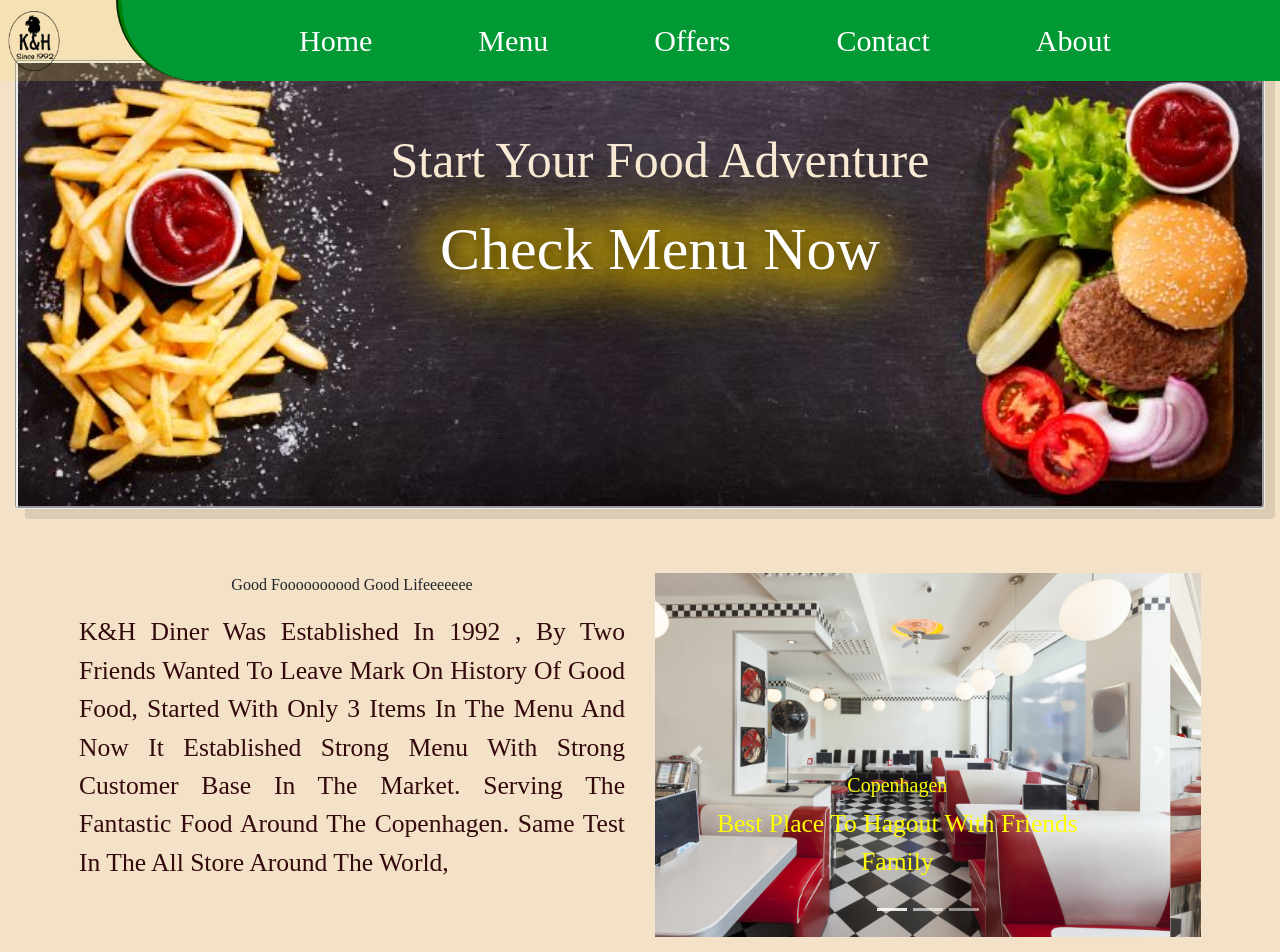
Repository: HMTRIVEDI/project-one
Page: index.html
The author's editor kept a record of every edit. The page is drawn from the files as they stood at one moment, then again after the next edit.
The browser window is 1280 px wide. The pictures show the part of the page from y = 0 to 952 px (the page is 2133 px tall before and 2163 px after).
Some web fonts or font styles are not loaded; a fallback is used. Some web libraries are served in a nearby version.

Above is the page before.

After the next edit:
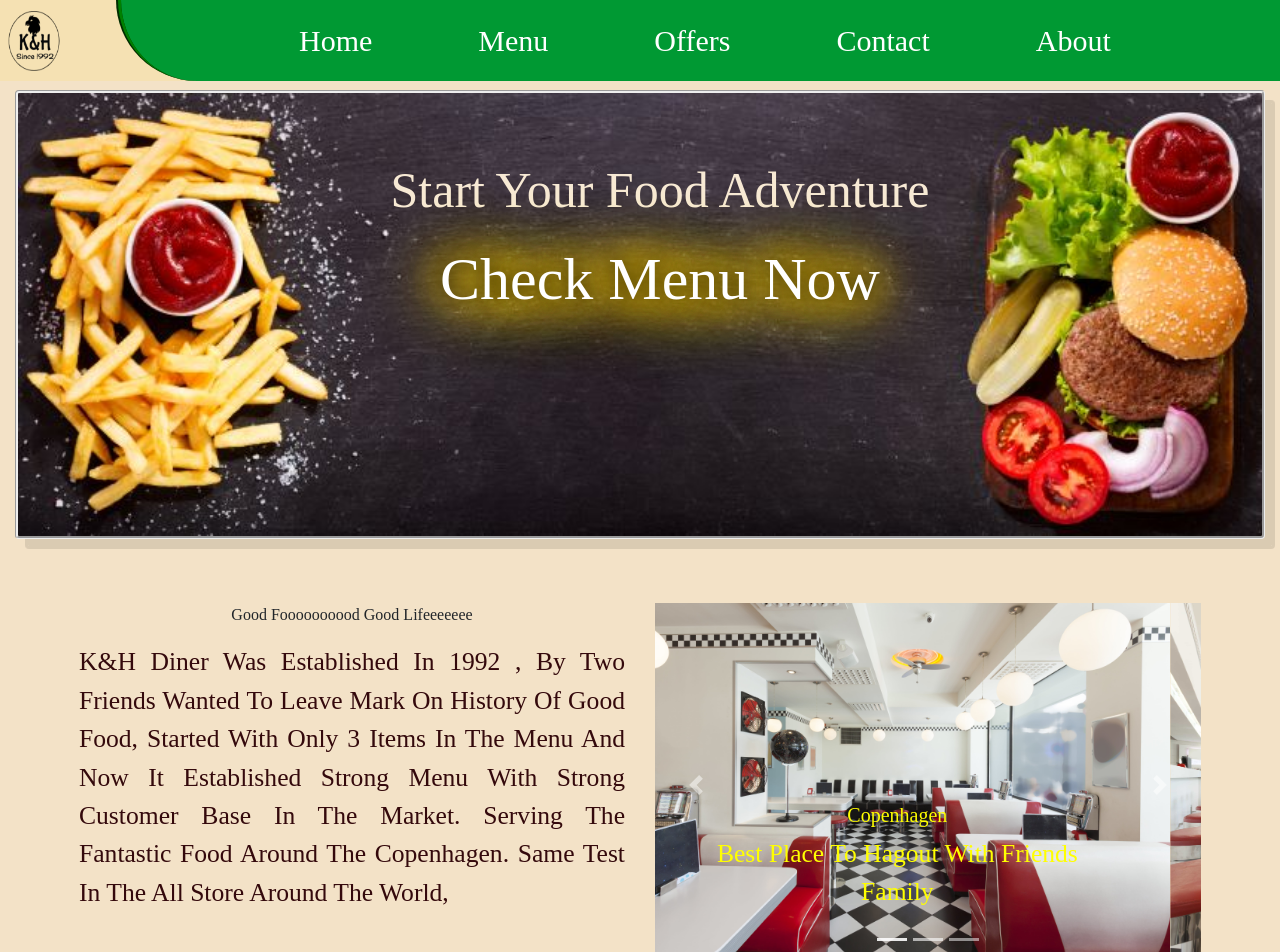
The edit:
--- a/assets/style.css
+++ b/assets/style.css
@@ -1043,7 +1043,7 @@
   text-shadow: 5px 5px 20px;
  }
   #food {
-  margin-top: 60px;
+  margin-top: 90px;
  }
  .menu {
   margin-top: 60px;
